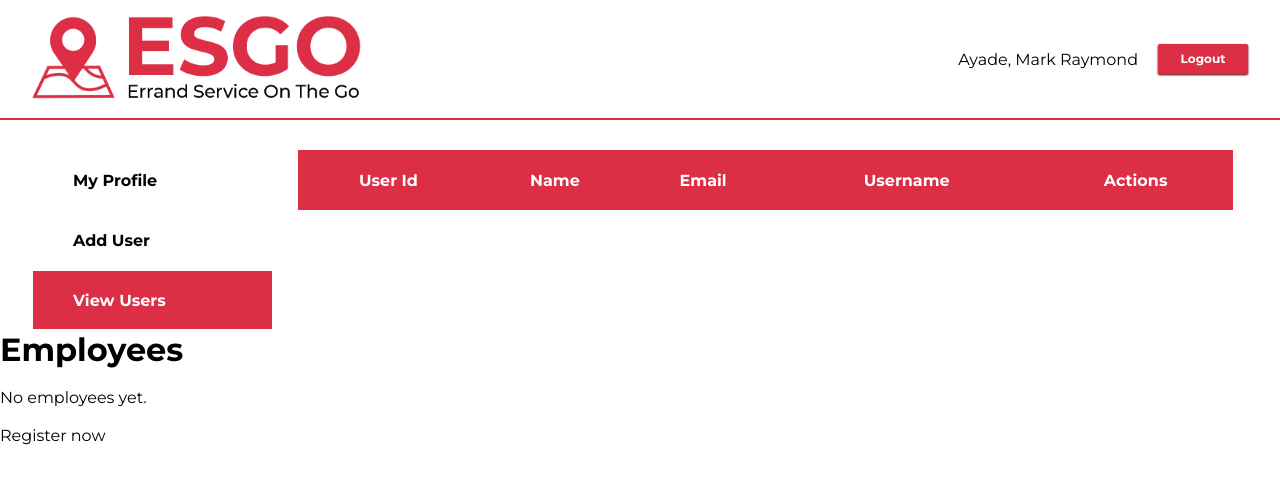
Repository: azkalonz/Int-Prog-2
Page: http://localhost/Int_Prog_2/employee?page=view
The author's editor kept a copy of each file at every save. The page is drawn from the files as they stood at one save, then again after the next save.
The browser window is 1280 px wide. The pictures show the whole page.
The page is served by Tomcat 9. Queries for data that is not in the repository find no rows.

Above is the page before, as saved 2021-03-30 06:06:02.

After the next save:
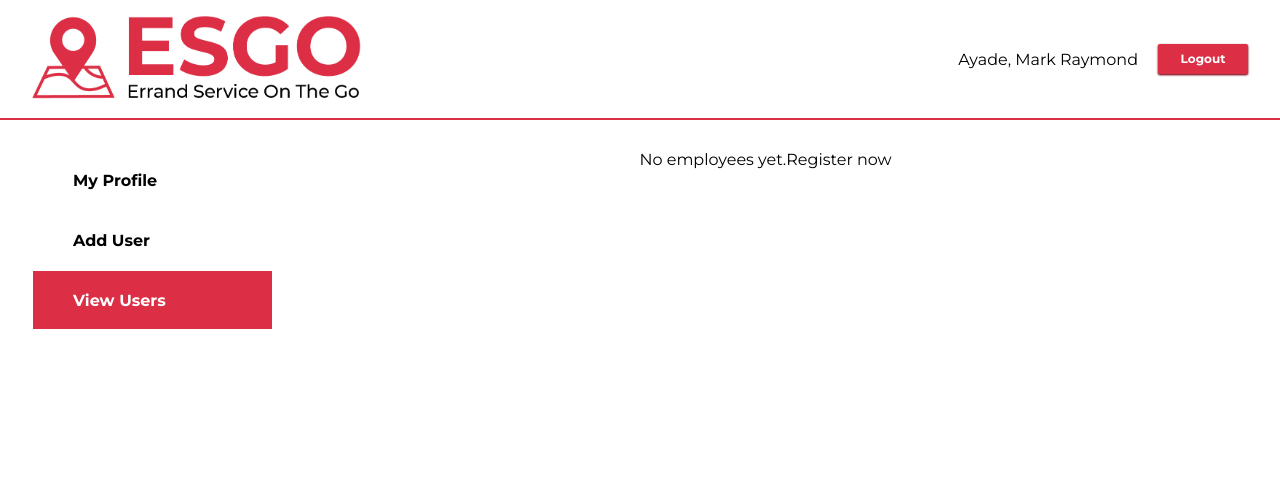
Saved 42 s later.
--- a/Int Prog 2/WebContent/WEB-INF/views/employees.jsp
+++ b/Int Prog 2/WebContent/WEB-INF/views/employees.jsp
@@ -6,74 +6,41 @@
             <jsp:include page="/WEB-INF/layout/nav.jsp" />
 
             <div class="content">
-                <table>
-                    <thead>
-                        <th>User Id</th>
-                        <th>Name</th>
-                        <th>Email</th>
-                        <th>Username</th>
-                        <th>Actions</th>
-                    </thead>
-                    <tbody>
-                        <c:forEach items="${employees}" var="employee">
-						    <tr>
-						        <td>${employee.employeeID}</td>
-						        <td>${employee.firstname} ${employee.lastname}</td>
-						        <td>${employee.email}</td>
-						        <td>${employee.username}</td>
-						        <td>
-						        	<a class="button-link" href="?id=${employee.employeeID}">
-						        		View
-						        	</a>
-						        	<a class="button-link" href="<%=request.getContextPath() %>/delete?id=${employee.employeeID}">
-						        		Delete
-						        	</a>
-						        </td>
-						    </tr>
-						</c:forEach>
-                    </tbody>
-                </table>
+	            <c:if test="${empty employees}">
+				    No employees yet.<br/><br/> <a class="button-link" href="<%=request.getContextPath() %>/register">Register now</a>
+				</c:if>
+
+	            <c:if test="${not empty employees}">
+	                <table>
+	                    <thead>
+	                        <th>User Id</th>
+	                        <th>Name</th>
+	                        <th>Email</th>
+	                        <th>Username</th>
+	                        <th>Actions</th>
+	                    </thead>
+	                    <tbody>
+	                        <c:forEach items="${employees}" var="employee">
+							    <tr>
+							        <td>${employee.employeeID}</td>
+							        <td>${employee.firstname} ${employee.lastname}</td>
+							        <td>${employee.email}</td>
+							        <td>${employee.username}</td>
+							        <td>
+							        	<a class="button-link" href="?id=${employee.employeeID}">
+							        		View
+							        	</a>
+							        	<a class="button-link" href="<%=request.getContextPath() %>/delete?id=${employee.employeeID}">
+							        		Delete
+							        	</a>
+							        </td>
+							    </tr>
+							</c:forEach>
+	                    </tbody>
+	                </table>
+                </c:if>
             </div>
         </div>
     </main>
-<div class="tableCon">
-            <h1>Employees</h1>
-            <br>
-            <c:if test="${empty employees}">
-			    No employees yet.<br/><br/> <a class="button-link" href="<%=request.getContextPath() %>/register">Register now</a>
-			</c:if>
-
-			<c:if test="${not empty employees}">
-	            <table id="theTable">
-	                <thead>
-	                    <tr>
-	                        <th>User ID</th>
-	                        <th>Name</th>
-	                        <th>Email</th>
-	                        <th>Username</th>
-	                        <th>Action</th>
-	                    </tr>
-	                </thead>
-	                <tbody>
-	                    <c:forEach items="${employees}" var="employee">
-						    <tr>
-						        <td>${employee.employeeID}</td>
-						        <td>${employee.firstname} ${employee.lastname}</td>
-						        <td>${employee.email}</td>
-						        <td>${employee.username}</td>
-						        <td>
-						        	<a class="button-link" href="?id=${employee.employeeID}">
-						        		View
-						        	</a>
-						        	<a class="button-link" href="<%=request.getContextPath() %>/delete?id=${employee.employeeID}">
-						        		Delete
-						        	</a>
-						        </td>
-						    </tr>
-						</c:forEach>
-	                </tbody>
-	            </table>
-            </c:if>
-        </div>
 
 <jsp:include page="/WEB-INF/layout/footer.jsp" />
